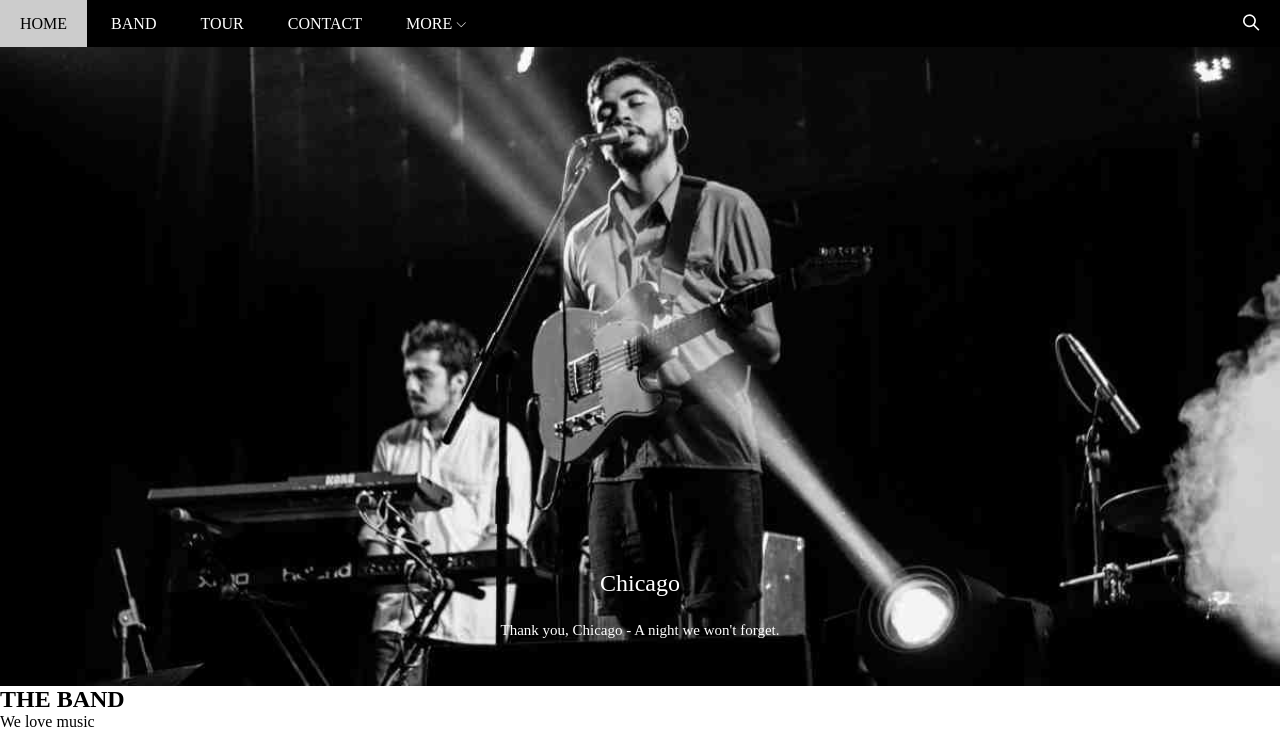
Repository: Dino0411/Dino0411.github.io
Page: index.html
The author's editor kept a copy of each file at every save. The page is drawn from the files as they stood at one save, then again after the next save.
The browser window is 1280 px wide. The pictures show the whole page.

Above is the page before, as saved 2021-10-04 11:34:36.

After the next save:
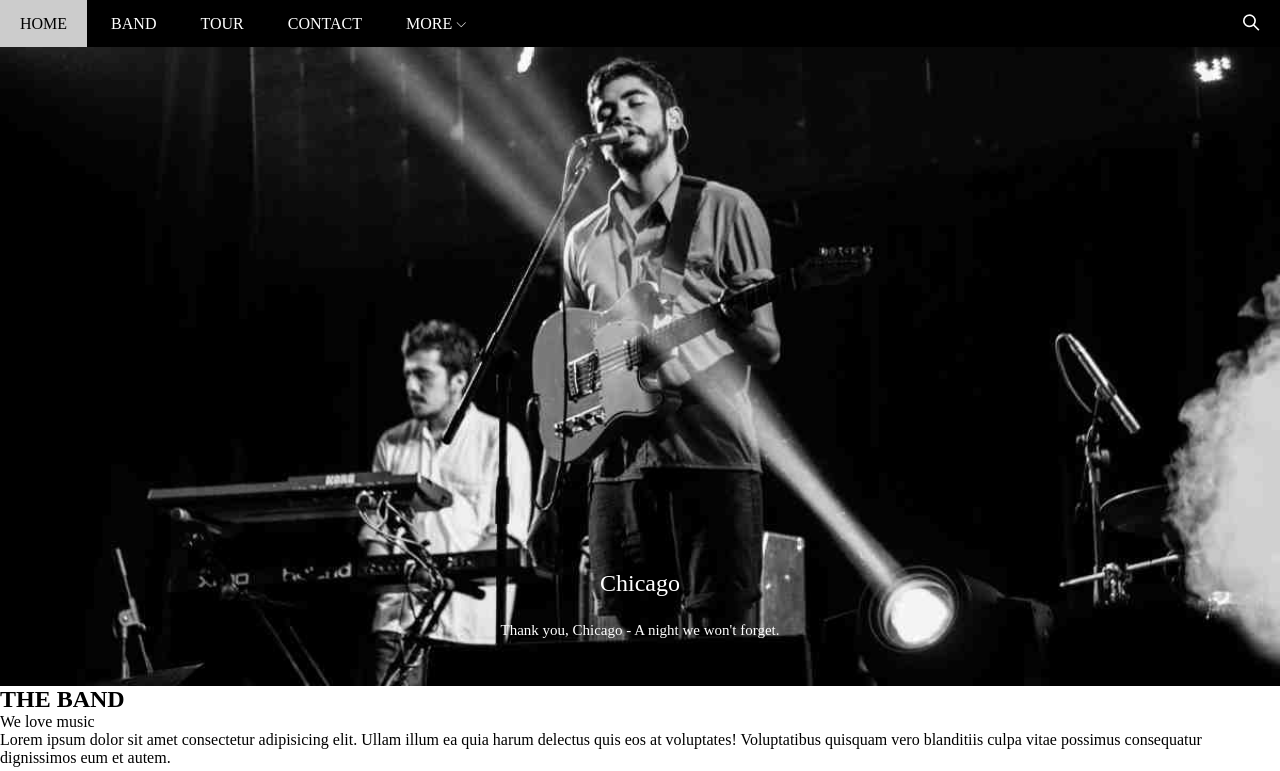
Saved 60 s later.
--- a/index.html
+++ b/index.html
@@ -50,6 +50,7 @@
             <div class="content-session">
                 <h2 class="session-heading">THE BAND</h2>
                 <p class="session-sub-heading">We love music</p>
+                <p class="about-text">Lorem ipsum dolor sit amet consectetur adipisicing elit. Ullam illum ea quia harum delectus quis eos at voluptates! Voluptatibus quisquam vero blanditiis culpa vitae possimus consequatur dignissimos eum et autem.</p>
             </div>
             <div class="content-session"></div>
             <div class="content-session"></div>
